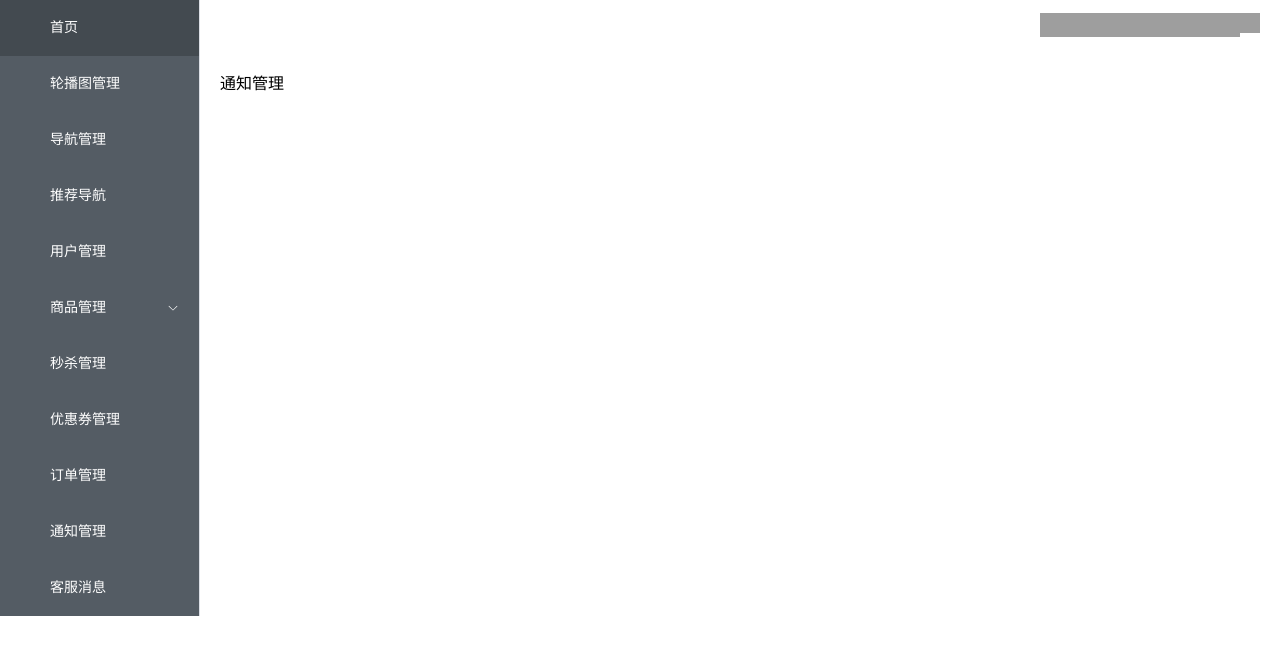
Repository: xinwuhao/CCG
Page: /notice
An editor plug-in stored every save of this project. The page is shown before and after the next save, followed by the edit.
The browser window is 1280 px wide. The pictures show the whole page.
Pictures or frames that could not be fetched are drawn as grey boxes. The project was rebuilt for these pictures with package versions that can differ from the ones it lists, and the page was loaded fresh each time. Also part of the build but not shown: vite.config.ts.

Above is the page before, as saved 2021-09-22 12:31:58.

After the next save:
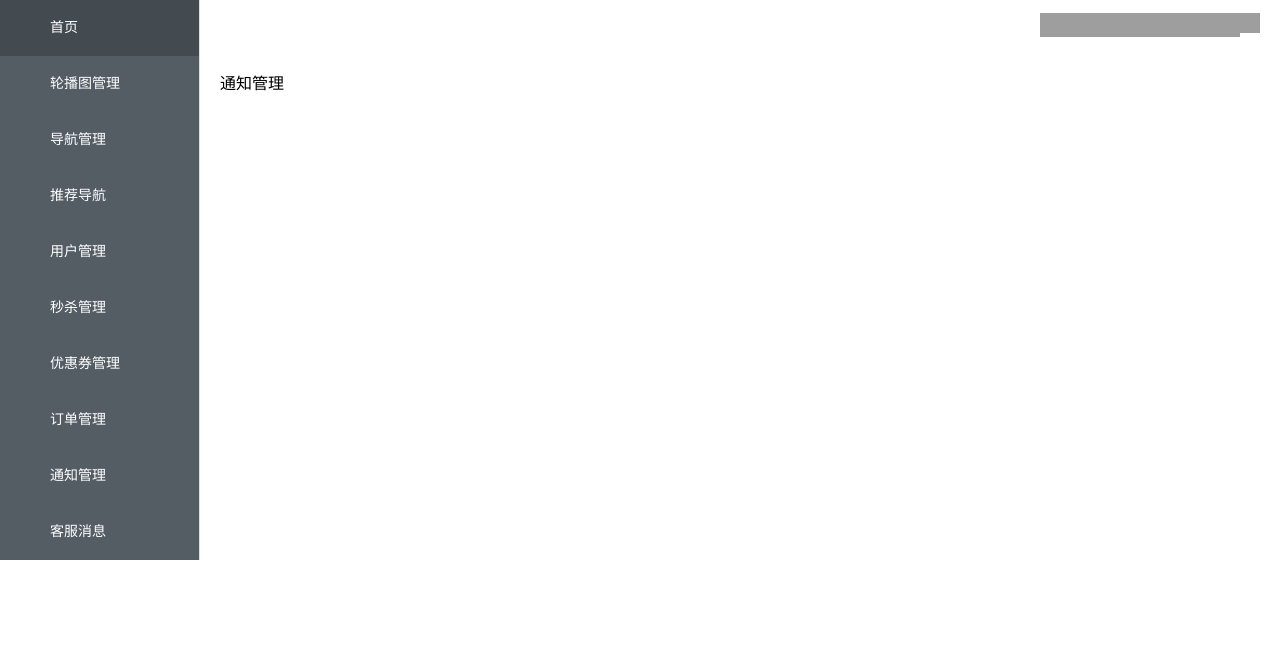
Saved 5 s later.
--- a/src/components/navLeft/NavLeft.vue
+++ b/src/components/navLeft/NavLeft.vue
@@ -14,7 +14,7 @@
         <component :is="item.i" class="iconbox"></component>
         <template #title>{{ item.name }}</template>
       </el-menu-item>
-      <template v-else>
+      <template >
         <el-sub-menu :index="item.path">
           <template #title>
             <component :is="item.i" class="iconbox"></component>

After the 4 saves that followed:
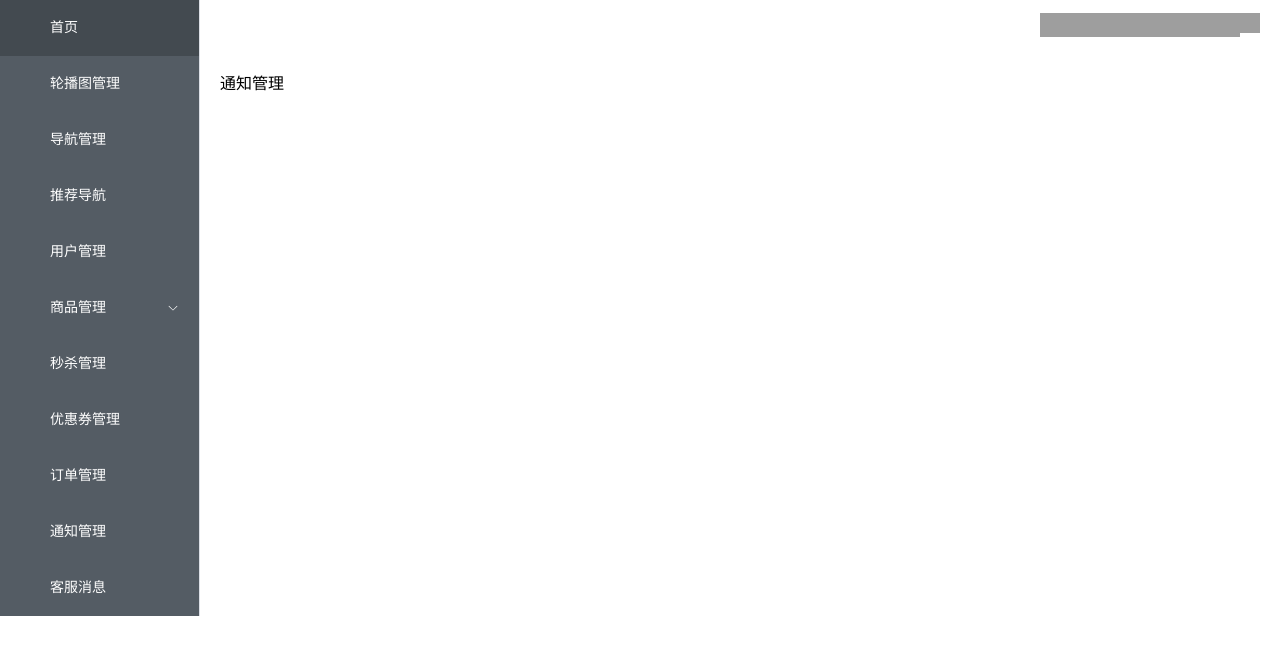
The 4 saves are shown as one change because 1 did not build or start and some came seconds apart.
The last was saved 13 s later.
--- a/src/components/navLeft/NavLeft.vue
+++ b/src/components/navLeft/NavLeft.vue
@@ -14,20 +14,18 @@
         <component :is="item.i" class="iconbox"></component>
         <template #title>{{ item.name }}</template>
       </el-menu-item>
-      <template >
-        <el-sub-menu :index="item.path">
-          <template #title>
-            <component :is="item.i" class="iconbox"></component>
-            <span>{{ item.name }}</span>
-          </template>
-          <template v-for="(item1, index1) in arr1" :key="index1">
-            <el-menu-item :index="item1.path">
-              <component :is="item1.i" class="iconbox"></component>
-              <span> {{ item1.name }}</span>
-            </el-menu-item>
-          </template>
-        </el-sub-menu>
-      </template>
+      <el-sub-menu :index="item.path" v-else>
+        <template #title>
+          <component :is="item.i" class="iconbox"></component>
+          <span>{{ item.name }}</span>
+        </template>
+        <template v-for="(item1, index1) in arr1" :key="index1">
+          <el-menu-item :index="item1.path">
+            <component :is="item1.i" class="iconbox"></component>
+            <span> {{ item1.name }}</span>
+          </el-menu-item>
+        </template>
+      </el-sub-menu>
     </template>
   </el-menu>
 </template>
